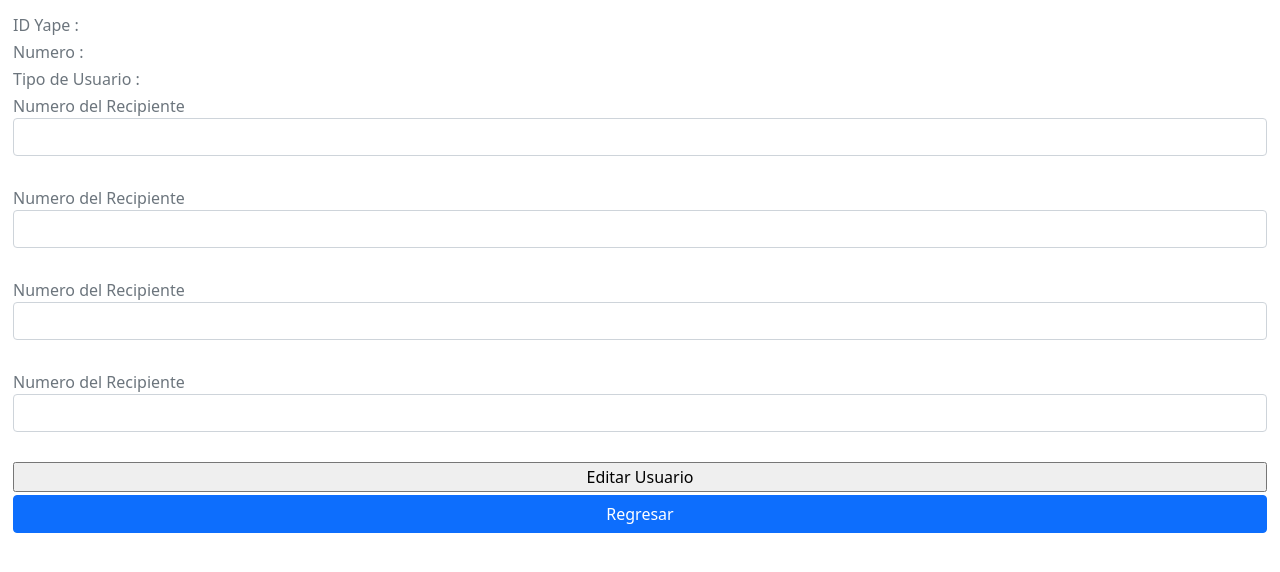
Repository: Gimblet/LP1_Proyecto_Yape
Page: http://localhost/Yape/EditarUsuario.jsp
An editor plug-in stored every save of this project. The page is shown before and after the next save, followed by the edit.
The browser window is 1280 px wide. The pictures show the whole page.
The page is served by Tomcat 9. Other server files are loaded and not shown.

Above is the page before, as saved 2024-04-22 04:31:41.

### Yape/src/main/webapp/EditarUsuario.jsp
<%@page import="data.Logins"%>
<%@ page language="java" contentType="text/html; charset=ISO-8859-1"
    pageEncoding="ISO-8859-1"%>
<%
	Logins item = null;
	if(request.getAttribute("infoUsuario") != null) {
		item = (Logins) request.getAttribute("infoUsuario");
	}
%>
<!DOCTYPE html>
<html>
<head>
	<meta charset="ISO-8859-1">
	<link href="https://cdn.jsdelivr.net/npm/bootstrap@5.1.3/dist/css/bootstrap.min.css" rel="stylesheet">
	<style>
		.noEditables{
			display: flex;
			flex-direction: column;
			gap : 3px;
			margin: 13px;
		}
	</style>
	<title>Editar Yape</title>
</head>
<body>
	<form action="Servlet" method="post">
		<div class="noEditables">
			<div class="form-group">
				<label class="text-secondary">ID Yape : <strong><%= (item != null)? item.getIdUsuario():"" %></strong></label>
				<input type="hidden" name="YapeId" value="<%=(item != null)? item.getIdUsuario():"" %>">
			</div>
			<div class="form-group">
				<label class="text-secondary">Numero : <strong><%= (item != null)? item.getNumero():"" %></strong></label>
			</div>
			<div class="form-group">
				<label class="text-secondary">Tipo de Usuario : <strong><%= (item != null)? item.getTipoUsuario():"" %></strong></label>
			</div>
			<div class="form-group">
				<label class="text-secondary">Numero del Recipiente</label>
				<input class="form-control" type="text" name="txtNumeroRecipiente" value="<%= (item != null)? item.getNombreApellidos():"" %>">
			</div>
			<br>
			<div class="form-group">
				<label class="text-secondary">Numero del Recipiente</label>
				<input class="form-control" type="text" name="txtNumeroRecipiente" value="<%= (item != null)? item.getSaldo():"" %>">
			</div>
			<br>
			<div class="form-group">
				<label class="text-secondary">Numero del Recipiente</label>
				<input class="form-control" type="text" name="txtNumeroRecipiente" value="<%= (item != null)? item.getClave():"" %>">
			</div>
			<br>
			<div class="form-group">
				<label class="text-secondary">Numero del Recipiente</label>
				<input class="form-control" type="text" name="txtNumeroRecipiente" value="<%= (item != null)? item.getClave():"" %>">
			</div>
			<br>
		<input type="submit" name="type" value="Editar Usuario" >
		<a href="Servlet?type=Volver" class="btn btn-primary">Regresar</a>
	</form>

</body>
</html>

After the next save:
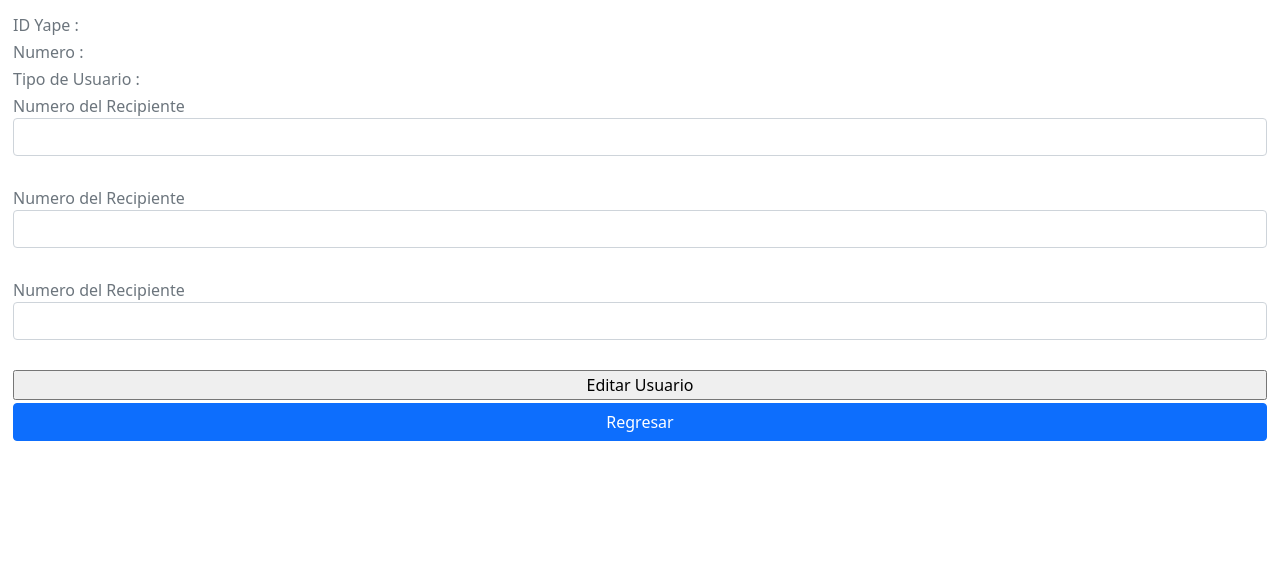
Saved 22 s later.
--- a/Yape/src/main/webapp/EditarUsuario.jsp
+++ b/Yape/src/main/webapp/EditarUsuario.jsp
@@ -50,11 +50,6 @@
 				<input class="form-control" type="text" name="txtNumeroRecipiente" value="<%= (item != null)? item.getClave():"" %>">
 			</div>
 			<br>
-			<div class="form-group">
-				<label class="text-secondary">Numero del Recipiente</label>
-				<input class="form-control" type="text" name="txtNumeroRecipiente" value="<%= (item != null)? item.getClave():"" %>">
-			</div>
-			<br>
 		<input type="submit" name="type" value="Editar Usuario" >
 		<a href="Servlet?type=Volver" class="btn btn-primary">Regresar</a>
 	</form>
